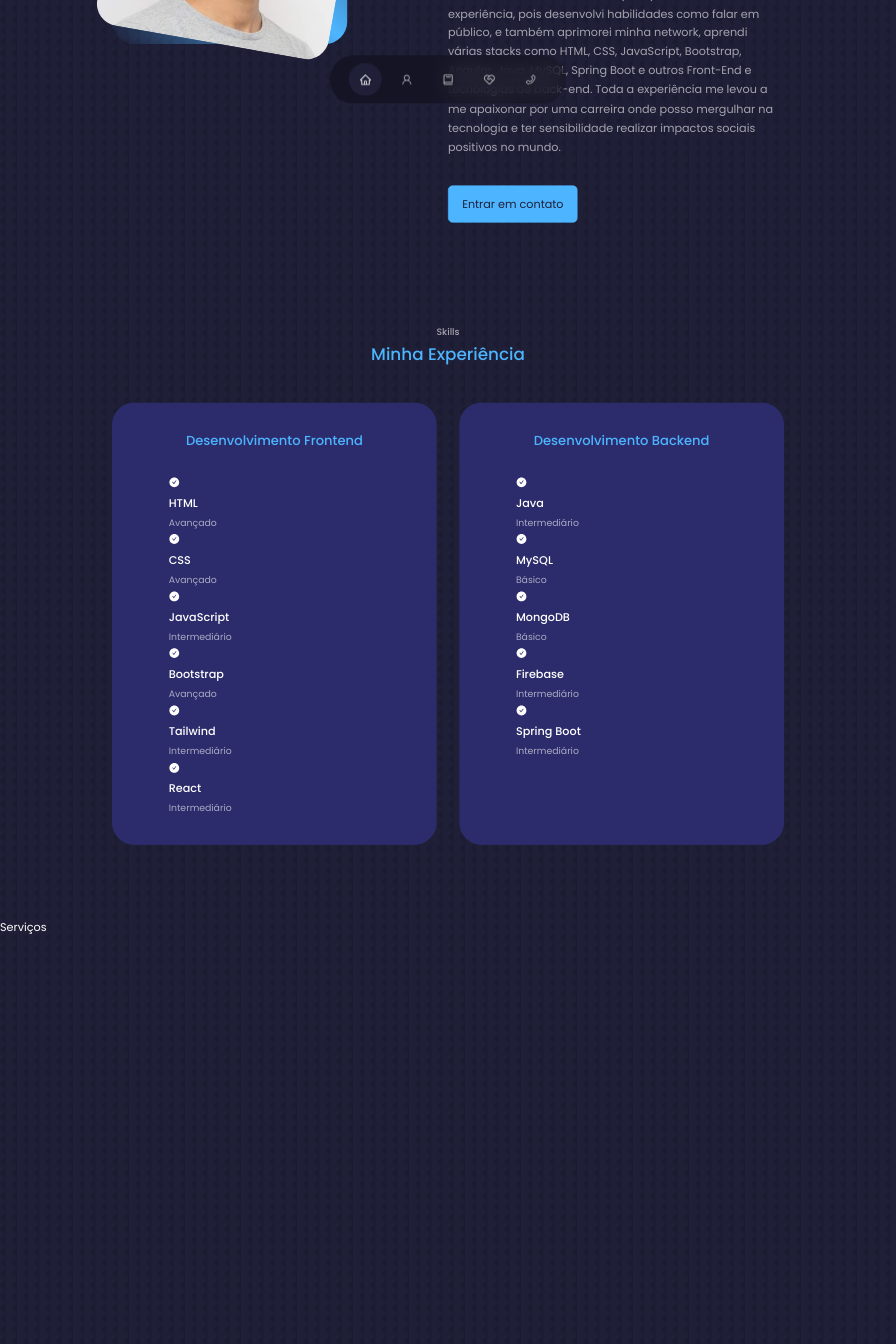
Repository: Mardoqueu/react-portfolio-website
Page: /
The author's editor kept a copy of each file at every save. The page is drawn from the files as they stood at one save, then again after a run of saves.
The browser window is 1280 px wide. The pictures show the part of the page from y = 540 to 2460 px (the page is 5142 px tall), at 70% of full size.
The project was rebuilt for these pictures with package versions that can differ from the ones it lists, and the page was loaded fresh each time. Also part of the build but not shown: src/components/header/header.css, src/components/services/services.css, src/components/portfolio/portfolio.css, src/components/testimonials/testimonials.css, src/components/contact/contact.css, src/components/footer/footer.css.

Above is the page before, as saved 2022-10-23 10:16:12.

After the next 3 saves:
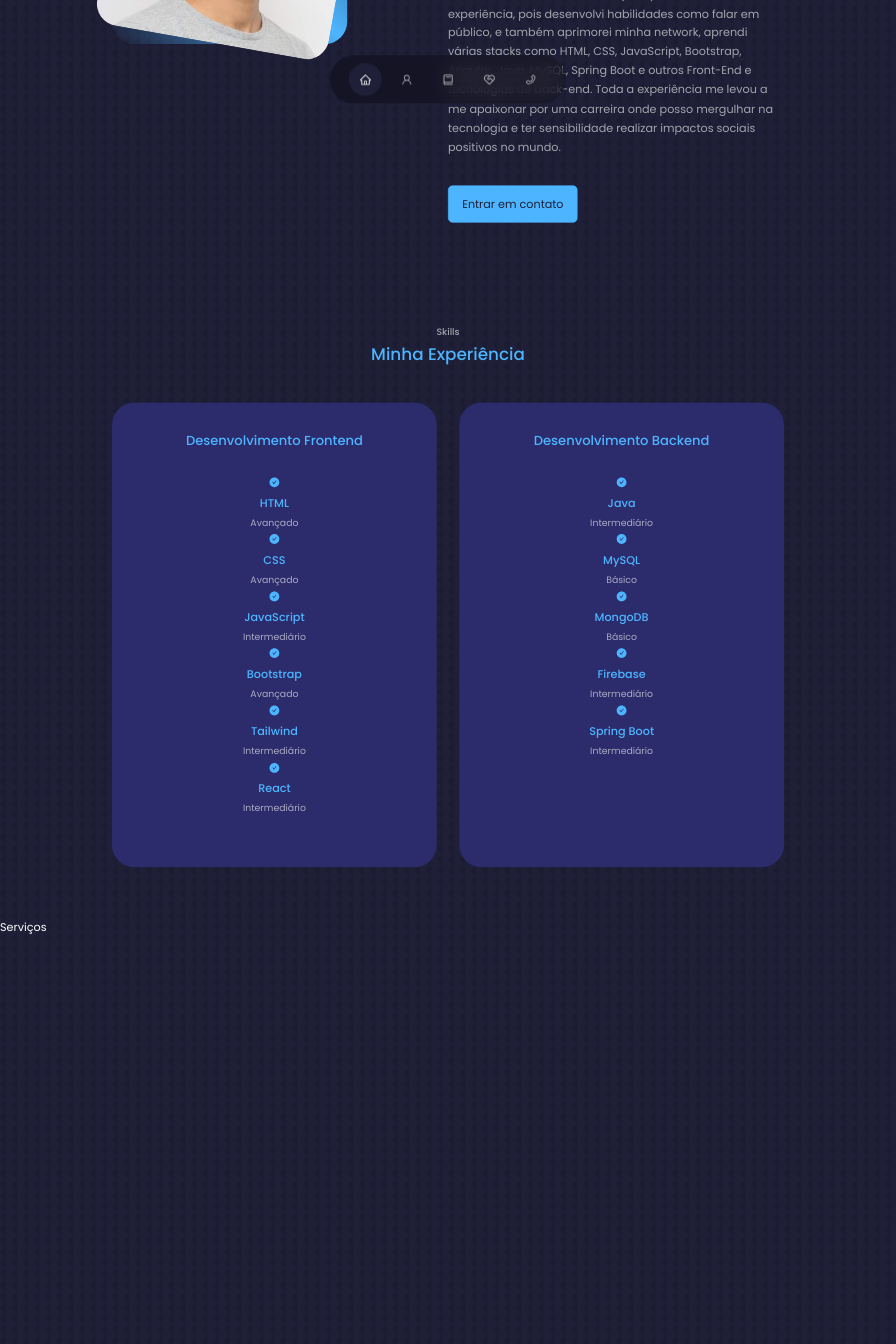
The 3 saves are shown as one change because they came seconds apart.
The last was saved 15 s later.
--- a/src/components/experience/experience.css
+++ b/src/components/experience/experience.css
@@ -24,7 +24,7 @@
     color: var(--color-primary);
 }
 
-.experience__container > div h3{
+.experience__content{
     text-align: center;
     margin-bottom: 2rem;
     color: var(--color-primary);

After the 2 saves that followed:
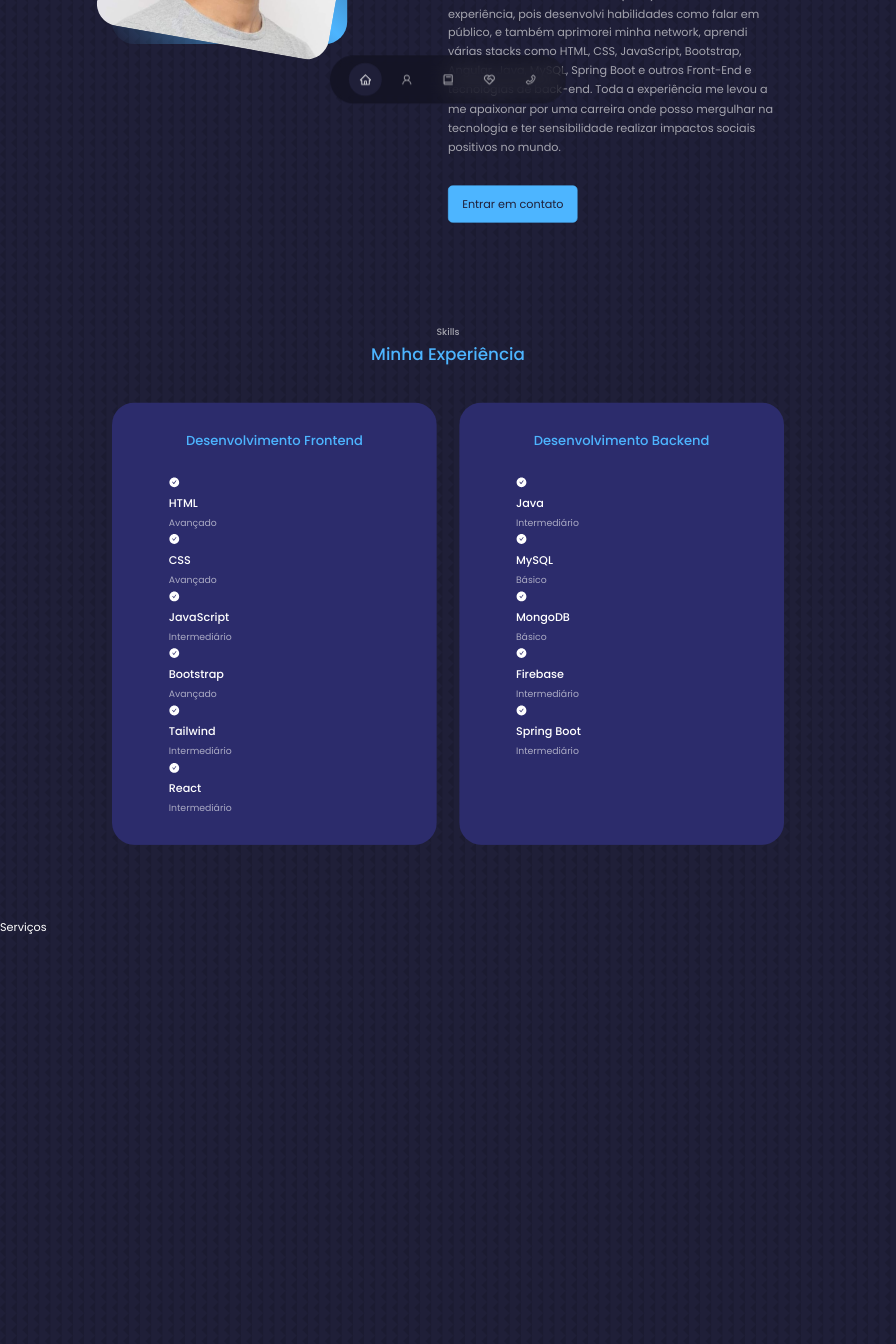
The 2 saves are shown as one change because they came seconds apart.
The last was saved 13 s later.
--- a/src/components/experience/experience.css
+++ b/src/components/experience/experience.css
@@ -25,7 +25,6 @@
 }
 
 .experience__content{
-    text-align: center;
-    margin-bottom: 2rem;
-    color: var(--color-primary);
+    display: grid;
+    grid-template-columns: ;
 }
